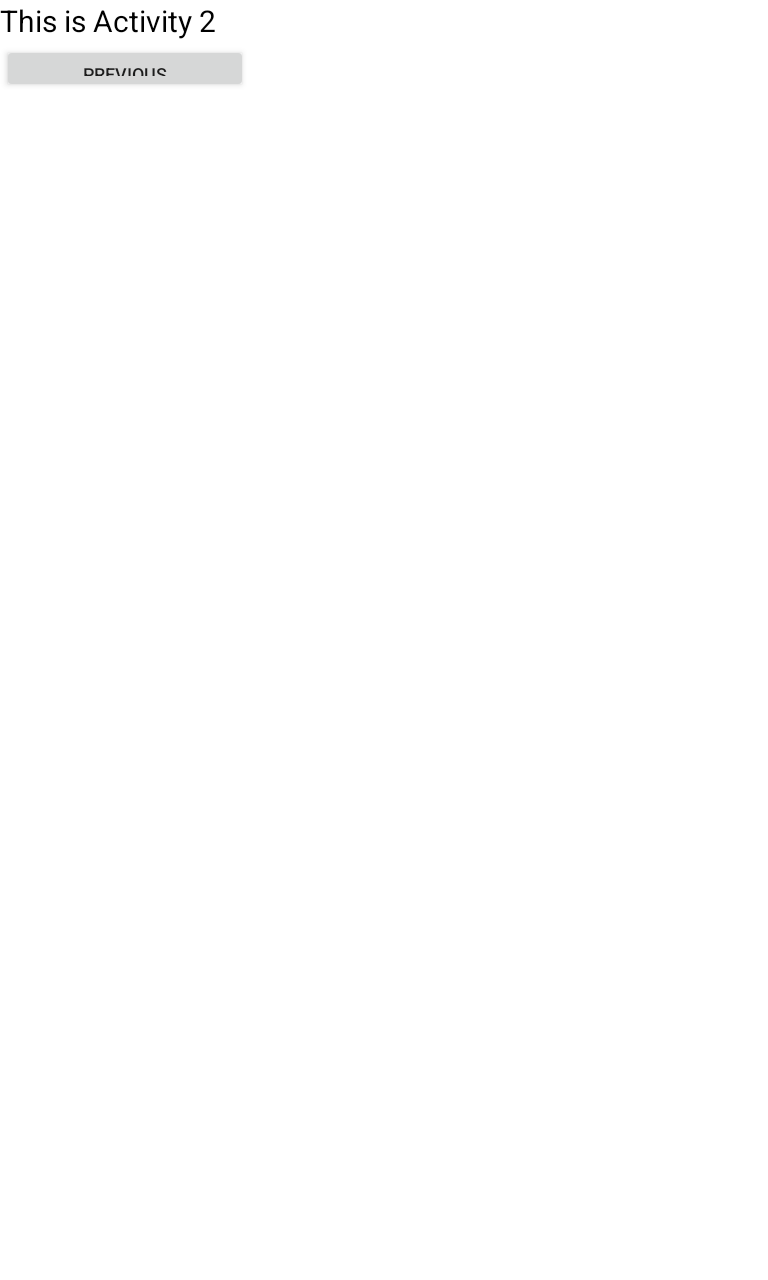
Repository: Stamenov96/NeuralNetowork
Layout: DigitRecognition/res/layout/about.xml
The author's editor kept a copy of each file at every save. The layout is drawn from the files as they stood at one save, then again after the next save.
It is drawn on a 768 x 1280 px phone screen (xhdpi) without system bars, with theme AppTheme; the app's code is not run.

Above is the layout before, as saved 2015-02-13 15:11:26.

### DigitRecognition/res/layout/about.xml
<?xml version="1.0" encoding="utf-8"?>
<LinearLayout xmlns:android="http://schemas.android.com/apk/res/android"
    android:layout_width="fill_parent"
    android:layout_height="fill_parent"
    android:background="#ffffff"
    android:orientation="vertical" >

    <TextView
        android:layout_width="fill_parent"
        android:layout_height="wrap_content"
        android:text="This is Activity 2"
        android:textSize="30px"
        android:textColor="#000000" />

    <Button
        android:id="@+id/Button02"
        android:layout_width="250px"
        android:layout_height="55px"
        android:text="Previous"
        android:textSize="18px" />

</LinearLayout>

Loaded but not shown: DigitRecognition/res/values/styles.xml (common file); DigitRecognition/res/values-v11/styles.xml (common file); DigitRecognition/res/values-v14/styles.xml (common file)

After the next save:
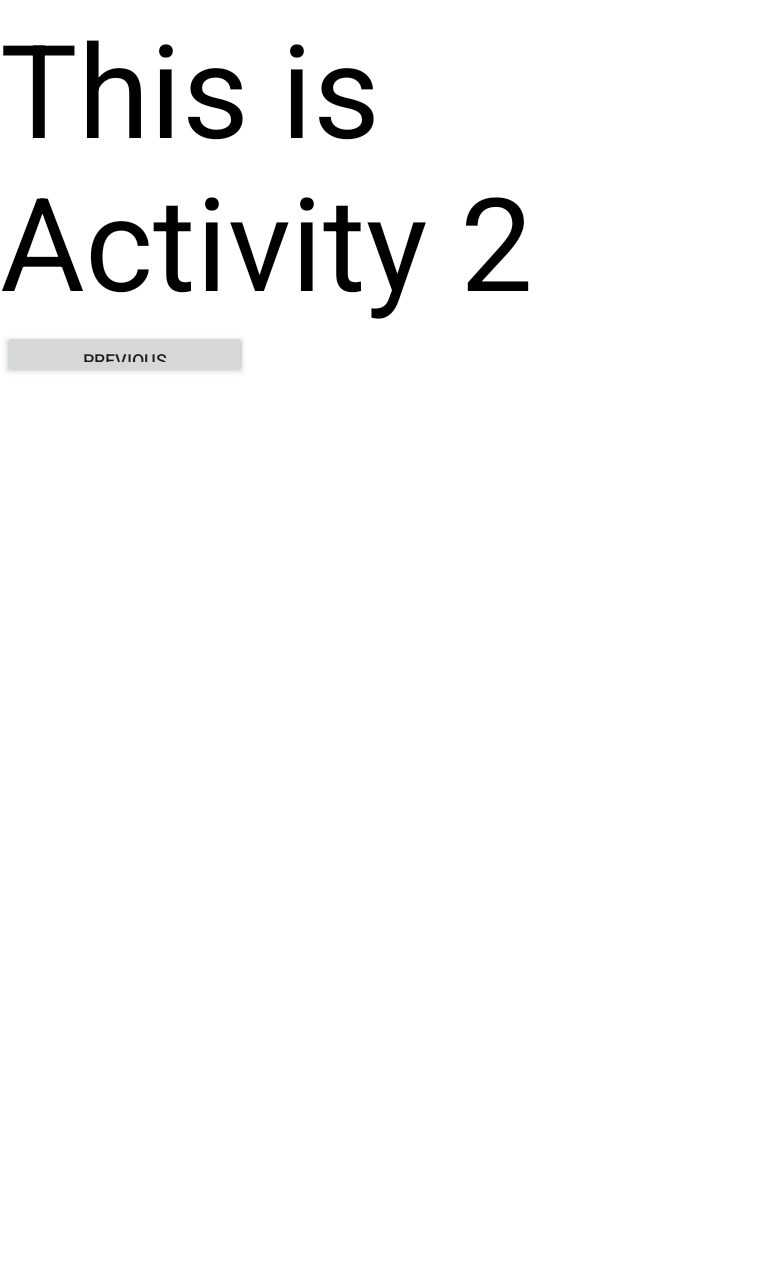
Saved 12 s later.
--- a/DigitRecognition/res/layout/about.xml
+++ b/DigitRecognition/res/layout/about.xml
@@ -9,7 +9,7 @@
         android:layout_width="fill_parent"
         android:layout_height="wrap_content"
         android:text="This is Activity 2"
-        android:textSize="30px"
+        android:textSize="130px"
         android:textColor="#000000" />
 
     <Button
